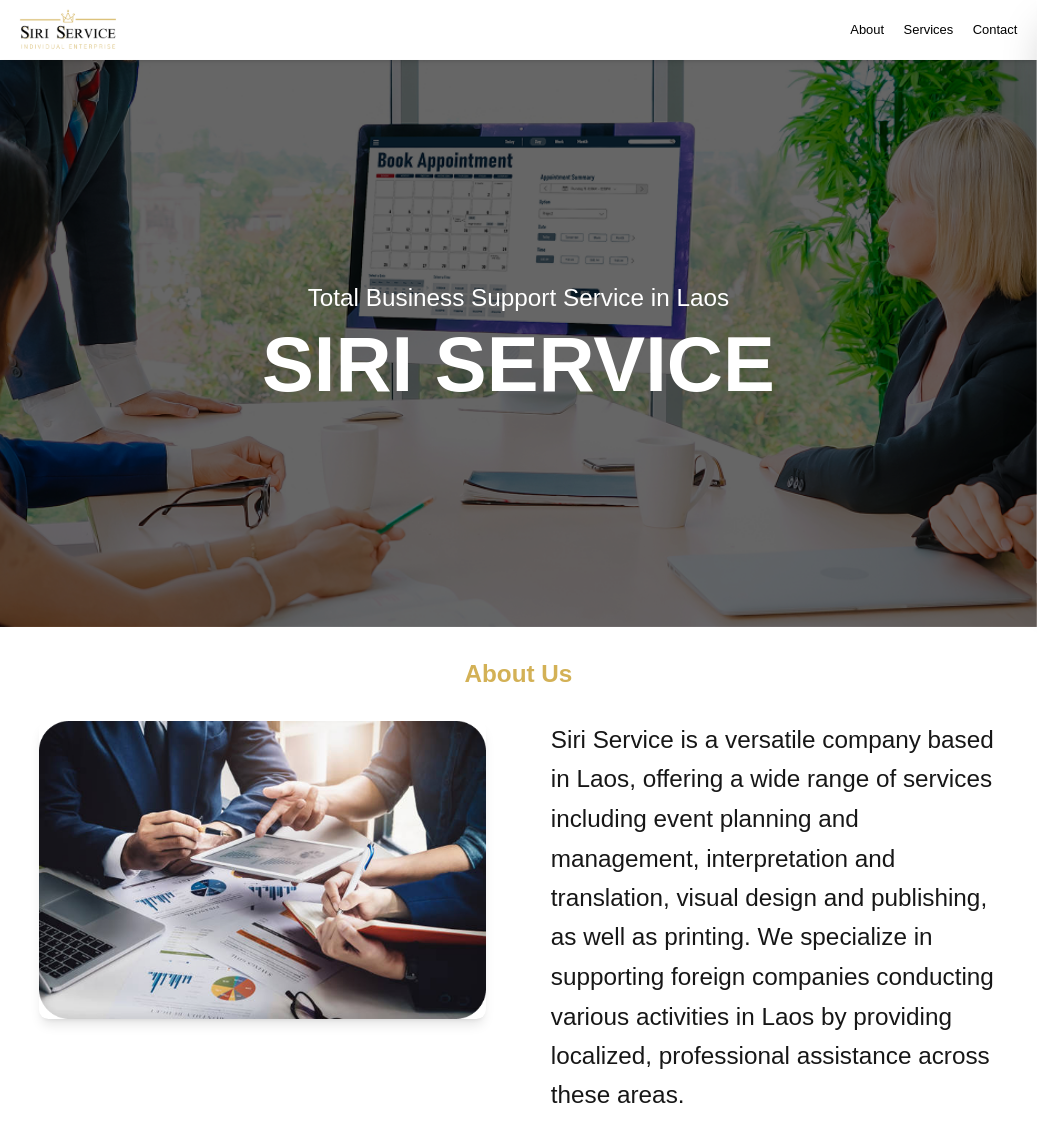
Repository: Phailin-teamplate/siri-service-web
Page: /
An editor plug-in stored every save of this project. The page is shown before and after the next save, followed by the edit.
The browser window is 1280 px wide. The pictures show the whole page, at 81% of full size.
The project was rebuilt for these pictures with package versions that can differ from the ones it lists, and the page was loaded fresh each time. The framework's server and built-in components were replaced by stand-ins that run in the browser. Also part of the build but not shown: next.config.ts.

Above is the page before, as saved 2025-07-02 14:26:08.

After the next save:
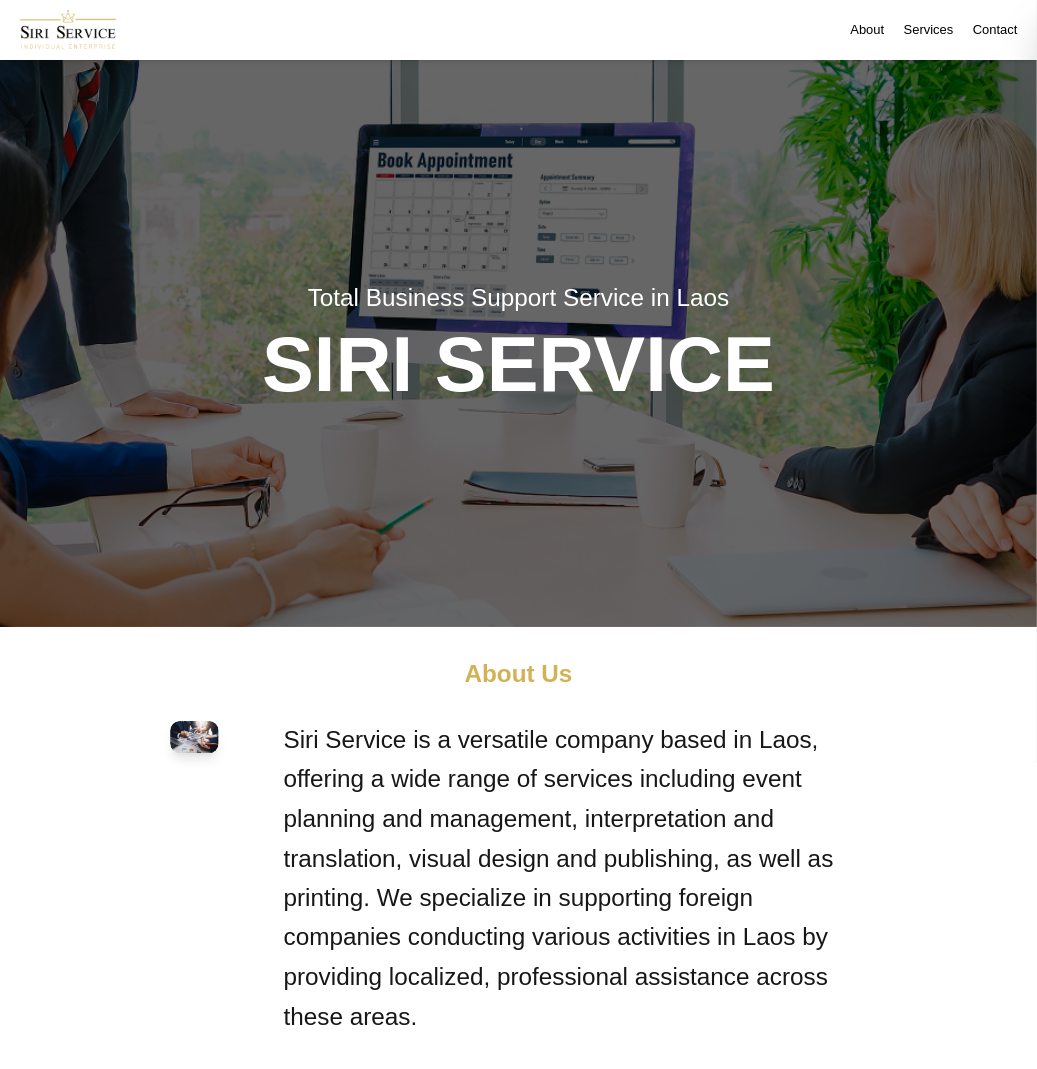
Saved 24 s later.
--- a/src/components/About.tsx
+++ b/src/components/About.tsx
@@ -22,7 +22,7 @@
       {/* Content: Image + Text */}
     <div className="flex flex-col md:flex-row items-start justify-center gap-12 md:gap-20">
   {/* Image */}
-  <div className="w-full max-w-[660px] rounded-xl overflow-hidden shadow-lg">
+  <div className="w-full max-w-[60px] rounded-xl overflow-hidden shadow-lg">
     <Image
       src={AboutSV}
       alt="About"

After the save that followed:
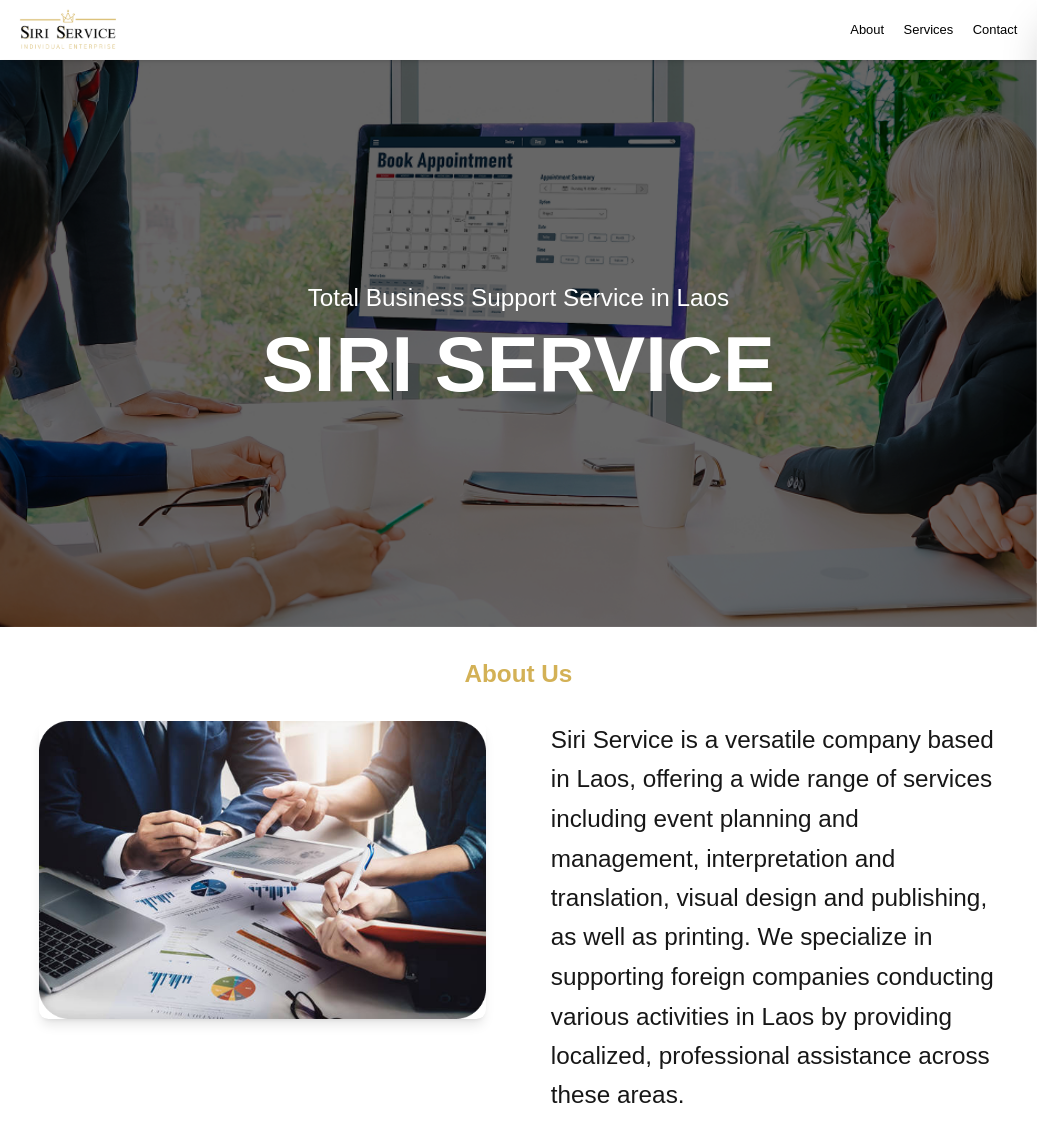
Saved 8 s later.
--- a/src/components/About.tsx
+++ b/src/components/About.tsx
@@ -22,7 +22,7 @@
       {/* Content: Image + Text */}
     <div className="flex flex-col md:flex-row items-start justify-center gap-12 md:gap-20">
   {/* Image */}
-  <div className="w-full max-w-[60px] rounded-xl overflow-hidden shadow-lg">
+  <div className="w-full max-w-[660px] rounded-xl overflow-hidden shadow-lg">
     <Image
       src={AboutSV}
       alt="About"
